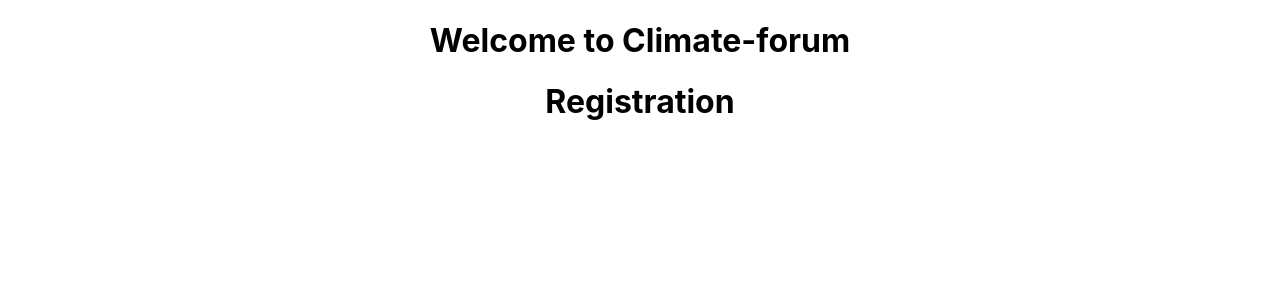
Repository: nj10deadend/mern-app-w-gql
Page: /register (app in client/climate-forum/)
The author's editor kept a copy of each file at every save. The page is drawn from the files as they stood at one save, then again after the next save.
The browser window is 1280 px wide. The pictures show the whole page.
The project was rebuilt for these pictures with package versions that can differ from the ones it lists, and the page was loaded fresh each time. Also part of the build but not shown: client/climate-forum/src/components/Login.js.

Above is the page before, as saved 2022-01-11 23:46:22.

### client/climate-forum/public/index.html
<!DOCTYPE html>
<html lang="en">
  <head>
    <meta charset="utf-8" />
    <link rel="icon" href="%PUBLIC_URL%/favicon.ico" />
    <meta name="viewport" content="width=device-width, initial-scale=1" />
    <meta name="theme-color" content="#000000" />
    <meta
      name="description"
      content="Web site created using create-react-app"
    />
    <link rel="apple-touch-icon" href="%PUBLIC_URL%/logo192.png" />
    <!--
      manifest.json provides metadata used when your web app is installed on a
      user's mobile device or desktop. See https://developers.google.com/web/fundamentals/web-app-manifest/
    -->
    <link rel="manifest" href="%PUBLIC_URL%/manifest.json" />
    <!--
      Notice the use of %PUBLIC_URL% in the tags above.
      It will be replaced with the URL of the `public` folder during the build.
      Only files inside the `public` folder can be referenced from the HTML.

      Unlike "/favicon.ico" or "favicon.ico", "%PUBLIC_URL%/favicon.ico" will
      work correctly both with client-side routing and a non-root public URL.
      Learn how to configure a non-root public URL by running `npm run build`.
    -->
    <title>Climate forum</title>
  </head>
  <body>
    <noscript>You need to enable JavaScript to run this app.</noscript>
    <div id="root"></div>
    <!--
      This HTML file is a template.
      If you open it directly in the browser, you will see an empty page.

      You can add webfonts, meta tags, or analytics to this file.
      The build step will place the bundled scripts into the <body> tag.

      To begin the development, run `npm start` or `yarn start`.
      To create a production bundle, use `npm run build` or `yarn build`.
    -->
  </body>
</html>

### client/climate-forum/src/index.js
import ReactDOM from 'react-dom';
import ApolloProviderHub from './ApolloProvider';
import './index.css';
// import App from './App';
import reportWebVitals from './reportWebVitals';

// Moved React.StrictMode to ApolloProvider componenet
ReactDOM.render(<ApolloProviderHub />, document.getElementById('root'));

// If you want to start measuring performance in your app, pass a function
// to log results (for example: reportWebVitals(console.log))
// or send to an analytics endpoint. Learn more: https://bit.ly/CRA-vitals
reportWebVitals();

### client/climate-forum/src/ApolloProvider.js
import App from './App';
import React from 'react';
import { ApolloClient, InMemoryCache, ApolloProvider, useQuery, gql} from "@apollo/client";


const client = new ApolloClient({
    uri: 'http://localhost:5000/',
    cache: new InMemoryCache()
});

function ApolloProviderHub() {
    return (
        <React.StrictMode>
            <ApolloProvider client={client}>
                <App />
            </ApolloProvider>
        </React.StrictMode>
    )
}

export default ApolloProviderHub;

### client/climate-forum/src/App.js
import './App.css';
import Home from './Home';

function App() {
  return (

    <Home />

  );
}

export default App;

### client/climate-forum/src/Home.js
import { BrowserRouter } from 'react-router-dom';
import { Route, Routes} from 'react-router-dom';

import Login from './components/Login';
import Registration from './components/Registration';

function Home () {
    return (
        <div className="App">
            <h1>Welcome to Climate-forum</h1>
            <BrowserRouter>
                <Routes>
                    <Route path="/login" element={<Login />} />
                    <Route path="/register" element={<Registration />} />
                </Routes>

            </BrowserRouter>
        </div>
    )
}

export default Home;

### client/climate-forum/src/components/Registration.js
function Registration () {
    return (
        <div>
            <h1>Registration</h1>
        </div>
    )
}

export default Registration;

### client/climate-forum/src/components/NavBar.js
import * as React from 'react';
import AppBar from '@mui/material/AppBar';
import Box from '@mui/material/Box';
import Toolbar from '@mui/material/Toolbar';
import Typography from '@mui/material/Typography';
import Button from '@mui/material/Button';
import IconButton from '@mui/material/IconButton';
import MenuIcon from '@mui/icons-material/Menu';

export default function NavBar() {
    return (
      <Box sx={{ flexGrow: 1 }}>
        <AppBar position="static">
          <Toolbar>
            <IconButton
              size="large"
              edge="start"
              color="inherit"
              aria-label="menu"
              sx={{ mr: 2 }}
            >
              <MenuIcon />
            </IconButton>
            <Typography variant="h6" component="div" sx={{ flexGrow: 1 }}>
              News
            </Typography>
            <Button color="inherit">Login</Button>
            <Button color="inherit">Create new Account</Button>
          </Toolbar>
        </AppBar>
      </Box>
    );
  }

Loaded but not shown: client/climate-forum/src/index.css (common file); client/climate-forum/src/reportWebVitals.js (common file); client/climate-forum/src/App.css (common file)

After the next save:
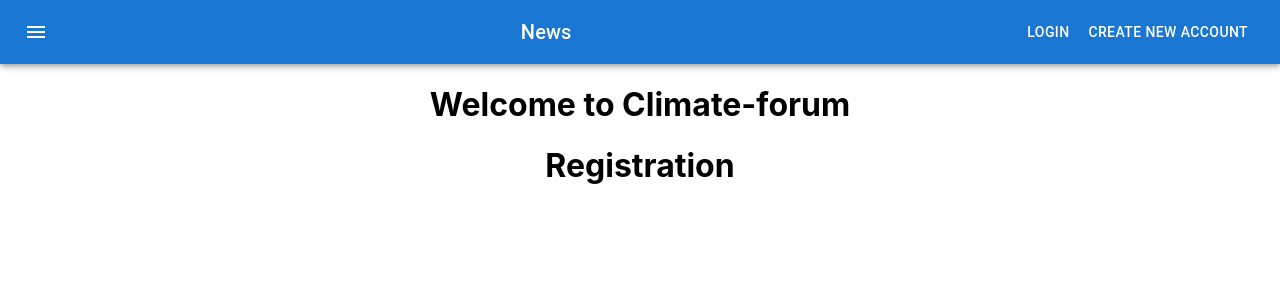
Saved 29 s later.
--- a/client/climate-forum/src/Home.js
+++ b/client/climate-forum/src/Home.js
@@ -2,11 +2,13 @@ import { BrowserRouter } from 'react-router-dom';
 import { Route, Routes} from 'react-router-dom';
 
 import Login from './components/Login';
+import NavBar from './components/NavBar';
 import Registration from './components/Registration';
 
 function Home () {
     return (
         <div className="App">
+            <NavBar />
             <h1>Welcome to Climate-forum</h1>
             <BrowserRouter>
                 <Routes>
